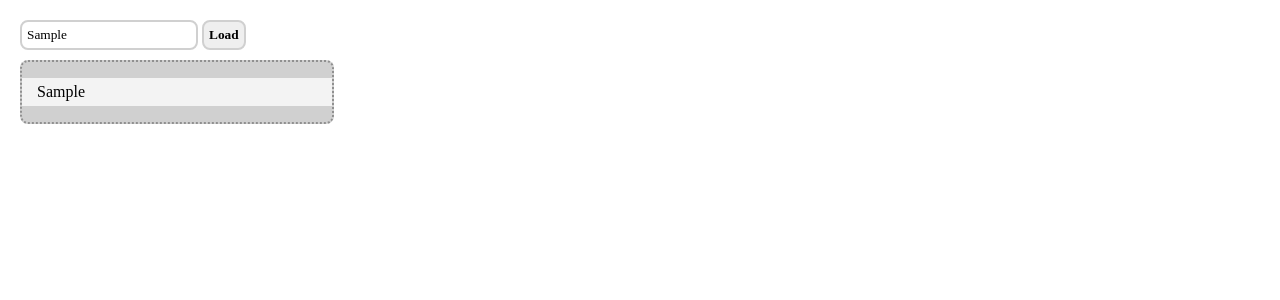
Repository: jenny241093/JS-Core
Page: 03.JSApplications/08.TemplatinExercises/01.List-Towns/listTown.html
An editor plug-in stored every save of this project. The page is shown before and after the next save, followed by the edit.
The browser window is 1280 px wide. The pictures show the whole page.
Empty fields were first filled with sample values (such as "Sample", 5 or name@example.com).
After loading, the first visible `#btnLoadTowns` was clicked once.
Some web fonts or font styles are not loaded; a fallback is used. Some web libraries are served in a nearby version.

Above is the page before, as saved 2019-04-05 09:46:38.

### 03.JSApplications/08.TemplatinExercises/01.List-Towns/listTown.html
<!DOCTYPE HTML>
<HTML lang="en">

<head>
    <meta charset="UTF-8">
    <title>List Town</title>
    <script src="../node_modules/handlebars/dist/handlebars.min.js"></script>
    <script src="https://code.jquery.com/jquery-3.1.1.min.js"></script>
    <link href="./style.css" , type="text/css" rel="stylesheet"></link>
    <script src="towns.js"></script>
</head>

<body>
    <input id="towns" type="text" />
    <button id="btnLoadTowns">Load</button>
    <div id="root"></div>
</body>
<script>
    $(() => attachEvents())
</script>
<!-- <script type="text/x-handlebars-template" id="towns-template">
    {{#each towns}}
    <li>{{name}}</li>
    {{/each}}
</script> -->
<script type="text/x-handlebars-template" id="towns-template">
    {{#each towns}}
    <li>{{this}}</li>
    {{/each}}
</script>

</HTML>

### 03.JSApplications/08.TemplatinExercises/01.List-Towns/style.css
@import url('https://fonts.googleapis.com/css?family=Sniglet');

body {
  margin: 20px;
  font-family: 'Sniglet',
  cursive;
}

input {
  padding: 5px;
  border: 2px solid rgb(208, 208, 208);
  border-radius: 8px;
  font-family: 'Sniglet',
  cursive;
  outline:none;
}

button {
  padding: 5px;
  border-radius: 8px;
  border: 2px solid rgb(208, 208, 208);
  font-weight: bold;
  outline: none;
  font-family: 'Sniglet',
  cursive;
}

button:hover {
  background: rgb(243, 243, 243);
}

#root {
  margin: 10px 0px;
  width: 25%;
  border-radius: 8px;
  border: 2px dotted rgb(144, 144, 144);
  background: rgb(208, 208, 208);
}

ul {
  padding: 0px;
}

li {
  list-style-type: none;
  background: rgb(243, 243, 243);
  margin: 5px 0px;
  padding: 5px 15px;
}

### 03.JSApplications/08.TemplatinExercises/01.List-Towns/towns.js
// function attachEvents() {
//     $('#btnLoadTowns').on('click', function() {
//         console.log('ook');
//         let towns = $('#towns').val().split(', ').map((t) => {
//             return { name: t };
//         });
//         console.log(towns);
//         let template = $(`#towns-template`).html();
//         let compiledTemplate = Handlebars.compile(template);
//         let renderedHtml = compiledTemplate({ towns });
//         $('#root').append(renderedHtml);
//     });
//
// }
function attachEvents() {
    $('#btnLoadTowns').on('click', getTownInfo)

    function getTownInfo() {
        let townsData = $('#towns').val()
            .split(', ')
            .reduce((acc, cur) => {
                acc.towns.push({ 'town': cur });
                return acc;
            }, { 'towns': [] });

        renderTowns(townsData);

    }

    async function renderTowns(towns) {
        let source = await $.get('template.hbs');
        let template = Handlebars.compile(source);
        $('#root').html(template(towns));
    }
}
//Sofia, Varna, Burgas

Loaded but not shown: 03.JSApplications/08.TemplatinExercises/node_modules/handlebars/dist/handlebars.min.js (library)

After the next save:
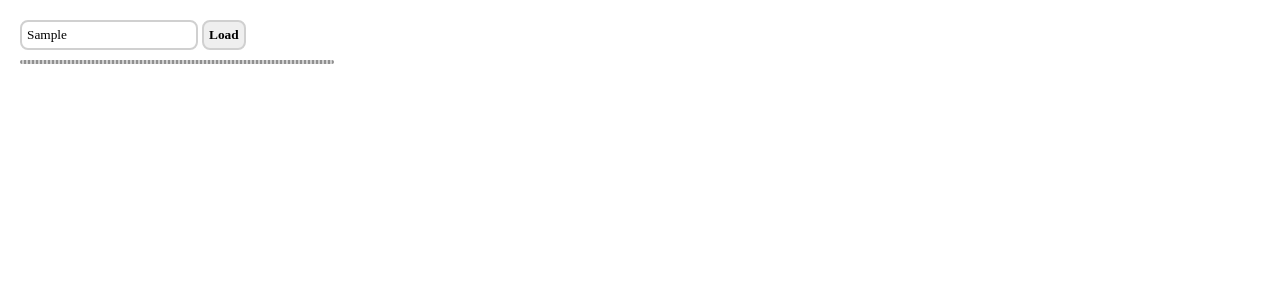
Console error: ReferenceError: Cannot access 'compiledTemplate' before initialization
Saved 2 min 45 s later.
--- a/03.JSApplications/08.TemplatinExercises/01.List-Towns/towns.js
+++ b/03.JSApplications/08.TemplatinExercises/01.List-Towns/towns.js
@@ -12,10 +12,31 @@
 //     });
 //
 // }
+// function attachEvents() {
+//     $('#btnLoadTowns').on('click', getTownInfo)
+
+//     function getTownInfo() {
+//         let townsData = $('#towns').val()
+//             .split(', ')
+//             .reduce((acc, cur) => {
+//                 acc.towns.push({ 'town': cur });
+//                 return acc;
+//             }, { 'towns': [] });
+
+//         renderTowns(townsData);
+
+//     }
+
+//     async function renderTowns(towns) {
+//         let source = await $.get('template.hbs');
+//         let template = Handlebars.compile(source);
+//         $('#root').html(template(towns));
+//     }
+// }
 function attachEvents() {
-    $('#btnLoadTowns').on('click', getTownInfo)
+    $('#btnLoadTowns').on('click', getTowns)
 
-    function getTownInfo() {
+    function getTowns() {
         let townsData = $('#towns').val()
             .split(', ')
             .reduce((acc, cur) => {
@@ -28,8 +49,8 @@
     }
 
     async function renderTowns(towns) {
-        let source = await $.get('template.hbs');
-        let template = Handlebars.compile(source);
+        let source = $(`#towns-template`).html();
+        let compiledTemplate = Handlebars.compile(compiledTemplate);
         $('#root').html(template(towns));
     }
 }

After the 2 saves that followed:
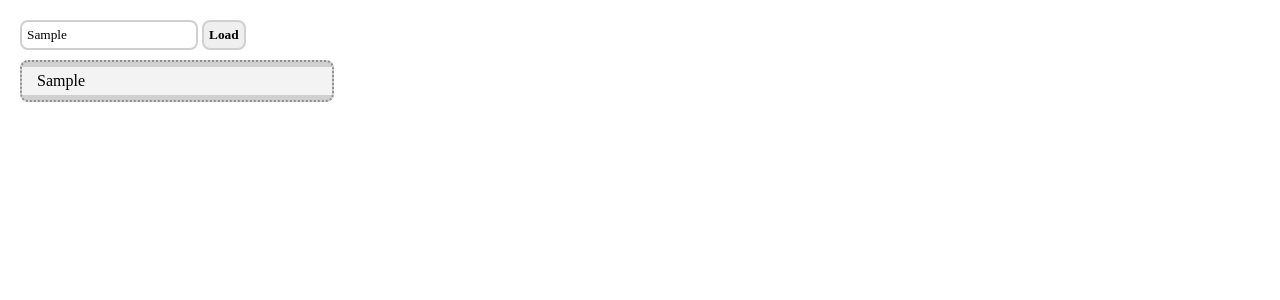
The error is gone.
The 2 saves are shown as one change because 1 left the picture as it was.
The last was saved 2 min 27 s later.
--- a/03.JSApplications/08.TemplatinExercises/01.List-Towns/towns.js
+++ b/03.JSApplications/08.TemplatinExercises/01.List-Towns/towns.js
@@ -37,21 +37,17 @@
     $('#btnLoadTowns').on('click', getTowns)
 
     function getTowns() {
-        let townsData = $('#towns').val()
-            .split(', ')
-            .reduce((acc, cur) => {
-                acc.towns.push({ 'town': cur });
-                return acc;
-            }, { 'towns': [] });
+        let towns = $('#towns').val()
+            .split(', ');
 
-        renderTowns(townsData);
 
+        let template = $(`#towns-template`).html();
+        let compiledTemplate = Handlebars.compile(template);
+        let context = {
+            towns: towns
+        }
+        $('#root').html(compiledTemplate(context));
     }
 
-    async function renderTowns(towns) {
-        let source = $(`#towns-template`).html();
-        let compiledTemplate = Handlebars.compile(compiledTemplate);
-        $('#root').html(template(towns));
-    }
 }
 //Sofia, Varna, Burgas
